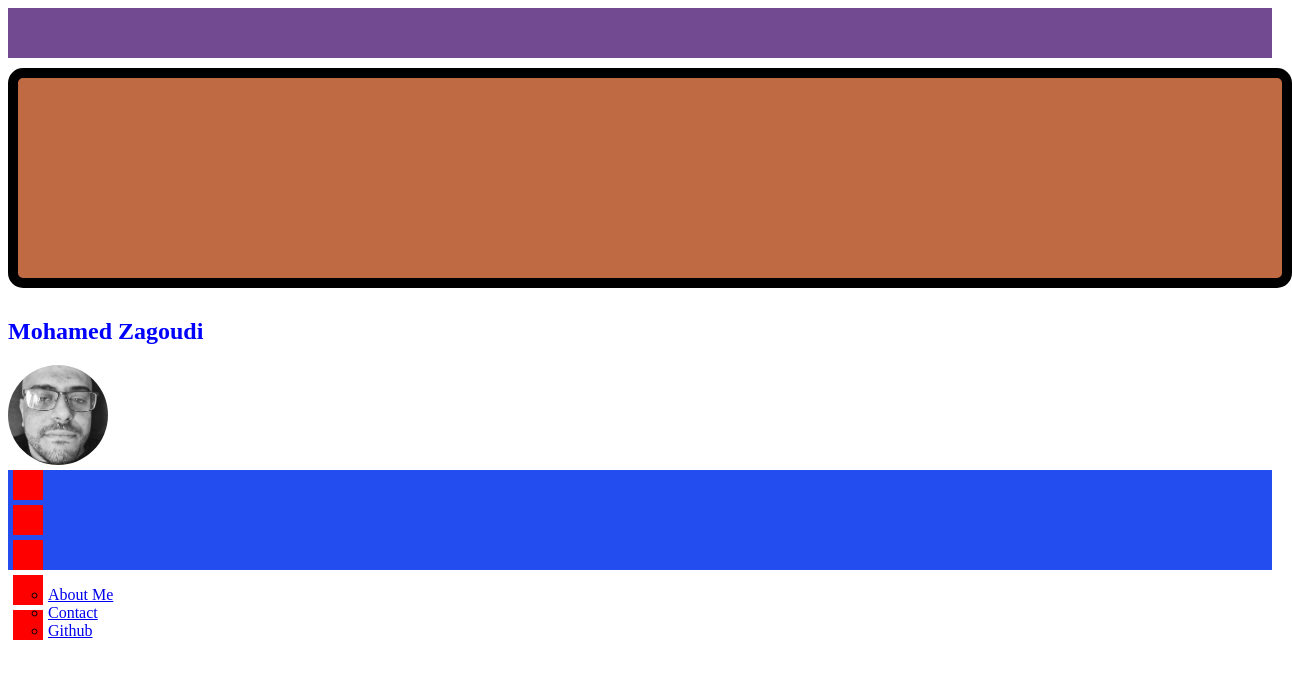
Repository: Mohzagou/Eersteportofolio
Page: index.html
An editor plug-in stored every save of this project. The page is shown before and after the next save, followed by the edit.
The browser window is 1280 px wide. The page is 1292 px wide, so the pictures cover 1292 px, including what lies to the right of the window. The pictures show the whole page.

Above is the page before, as saved 2022-06-07 19:53:29.

### index.html
<!DOCTYPE html>


<head>
    <link rel="stylesheet" href="styles.css" />
    <meta charset="UTF-8">

    <title>Document</title>
</head>

<body>

    <header></header>
    <div class="about-me"></div>
    <h2 id="name">Mohamed Zagoudi</h2>

    <img class="avatar" src="images/67gwzvy.jpeg" alt="Mohamed Zagoudi headshot " />
    <div>
        <section>
            <div class="test"></div>
            <div class="test"></div>
            <div class="test"></div>
            <div class="test"></div>
            <div class="test"></div>
        </section>
        <footer>
            <ul style="list-style-type: circle ">
                <li><a href=" ">About Me</a></li>
                <li><a href=" ">Contact</a></li>
                <li><a href="https://github.com/Mohzagou ">Github</a></li>

            </ul>

        </footer>



</body>



</html>

### styles.css
body {
    display: flex;
    flex-direction: column;
}

header {
    width: 100%;
    height: 50px;
    background-color: rgb(113, 74, 145);
}

section {
    width: 100%;
    height: 100px;
    background-color: #234def;
}

.about-me {
    width: 100%;
    height: 200px;
    background-color: rgb(177, 69, 21, 0.8);
    margin-top: 10px;
    margin-bottom: 10px;
    border: solid black 10px;
    border-radius: 15px;
}

.avatar {
    width: 100px;
    border-radius: 50px;
}

#name {
    color: blue;
}

.test {
    width: 30px;
    height: 30px;
    background-color: red;
    margin: 5px;
}

After the next save:
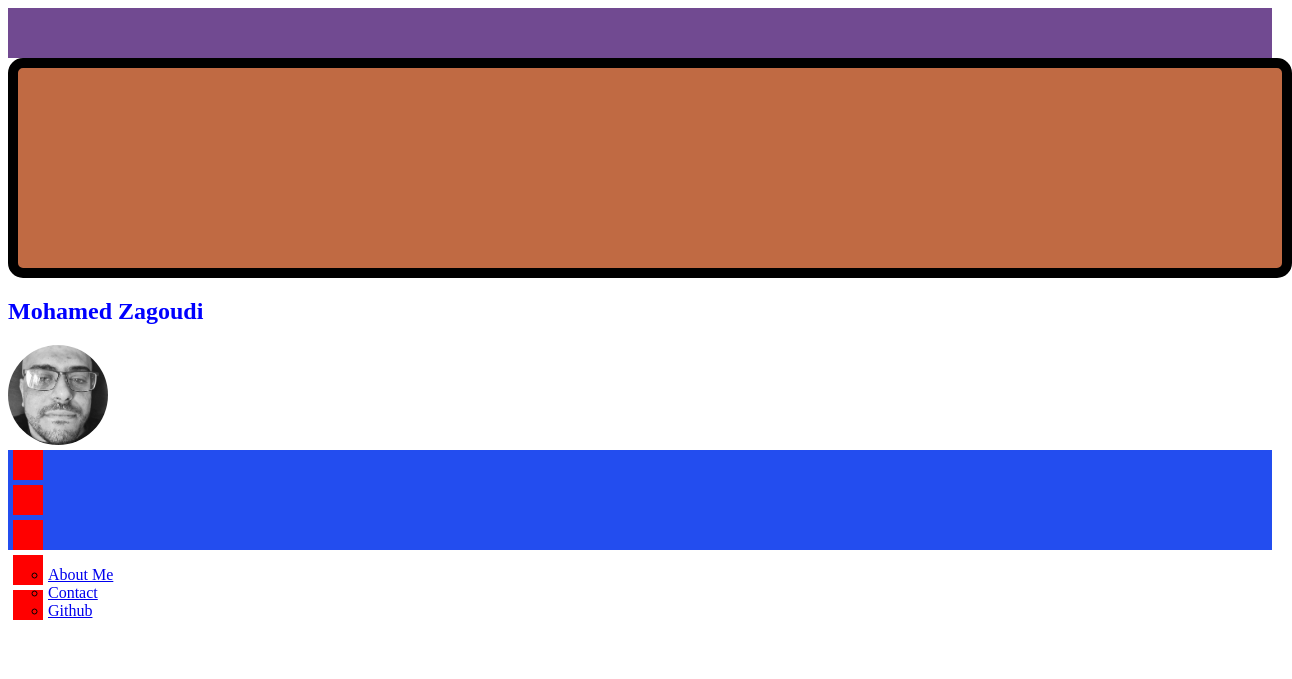
Saved 62 s later.
--- a/styles.css
+++ b/styles.css
@@ -19,8 +19,7 @@
     width: 100%;
     height: 200px;
     background-color: rgb(177, 69, 21, 0.8);
-    margin-top: 10px;
-    margin-bottom: 10px;
+    margin: 10px 0 10 px 0;
     border: solid black 10px;
     border-radius: 15px;
 }

After the save that followed:
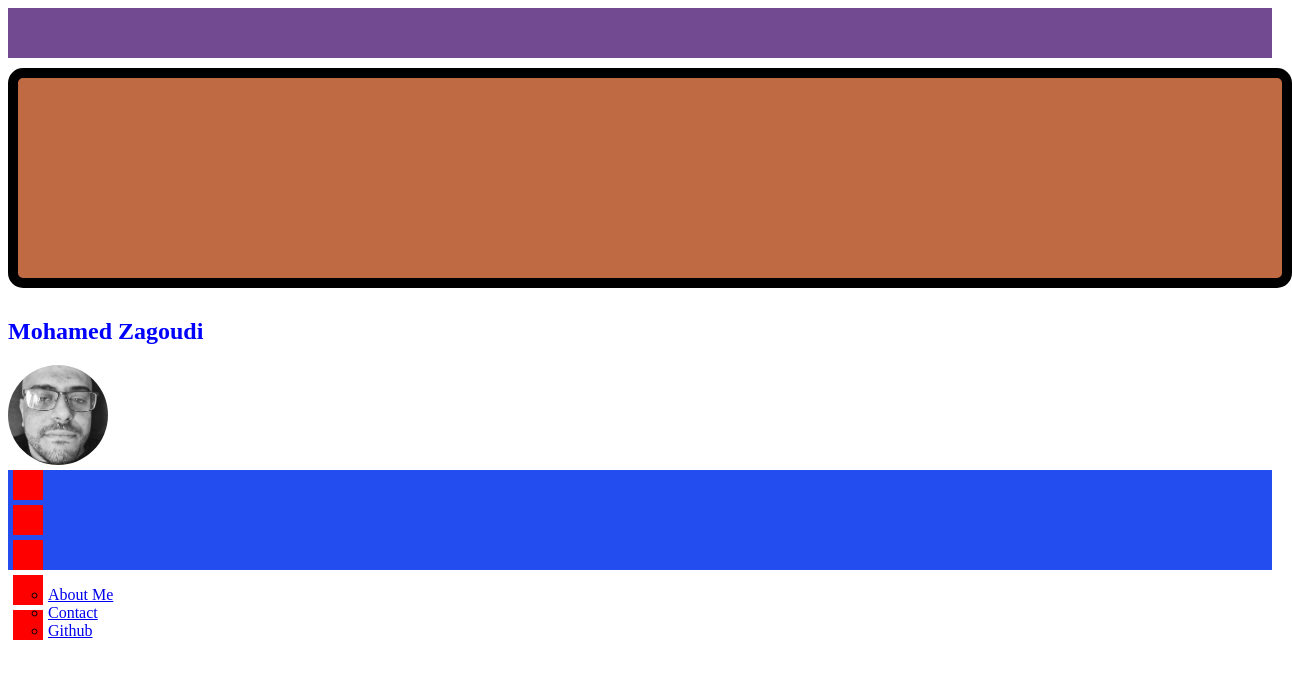
Saved 50 s later.
--- a/styles.css
+++ b/styles.css
@@ -19,7 +19,7 @@
     width: 100%;
     height: 200px;
     background-color: rgb(177, 69, 21, 0.8);
-    margin: 10px 0 10 px 0;
+    margin: 10px 0 10px 0;
     border: solid black 10px;
     border-radius: 15px;
 }
